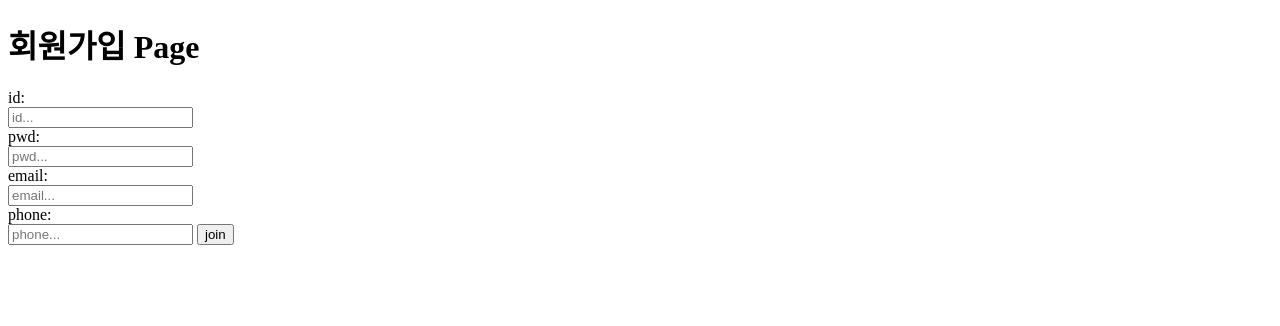
Repository: dtkd19/jsp-jstl_241022
Page: http://localhost/jsp_study/mem/join
These files come from the project's save history. The page is drawn as it stood at one moment and after a run of saves; the edit follows.
The browser window is 1280 px wide. The pictures show the whole page.
The page is served by Tomcat 9. Other server files are loaded and not shown.

Above is the page before, as saved 2024-10-25 06:32:11.

### jsp_study/src/main/webapp/member/join.jsp
<%@ page language="java" contentType="text/html; charset=UTF-8"
    pageEncoding="UTF-8"%>
<!DOCTYPE html>
<html>
<head>
<meta charset="UTF-8">
<title>Insert title here</title>
</head>
<body>
	<h1>회원가입 Page</h1>

	<form action="/mem/register" method="post" enctype="multipart/form-data">
	id:<br>
	<input type="text" name="id" placeholder="id..."><br>
	pwd:<br>
	<input type="password" name="pwd" placeholder="pwd..."><br>
	email:<br>
	<input type="text" name="email" placeholder="email..."><br>
	phone:<br>
	<input type="text" name="phone" placeholder="phone...">
	<button type="submit">join</button>
	</form>



</body>
</html>

### jsp_study/src/main/java/controller/MemberController.java
package controller;

import java.io.File;
import java.io.IOException;
import java.util.List;

import javax.servlet.RequestDispatcher;
import javax.servlet.ServletException;
import javax.servlet.annotation.WebServlet;
import javax.servlet.http.HttpServlet;
import javax.servlet.http.HttpServletRequest;
import javax.servlet.http.HttpServletResponse;
import javax.servlet.http.HttpSession;

import org.apache.commons.fileupload.FileItem;
import org.apache.commons.fileupload.FileItemFactory;
import org.apache.commons.fileupload.disk.DiskFileItemFactory;
import org.apache.commons.fileupload.servlet.ServletFileUpload;
import org.slf4j.Logger;
import org.slf4j.LoggerFactory;

import domain.BoardVO;
import domain.MemberVO;
import handler.FileRemoveHandler;
import net.coobird.thumbnailator.Thumbnails;
import service.MemberService;
import service.MemberServiceImpl;


@WebServlet("/mem/*")
public class MemberController extends HttpServlet {
	private static final long serialVersionUID = 1L;

	private static final Logger log = LoggerFactory.getLogger(MemberController.class);
	//동기방식 : requestDispatcher : request에 대한 응답 데이터를 jsp(html) 화면으로 전송하는 역할
	private RequestDispatcher rdp;
	// 목적지 주소
	private String destPage;
	private int isOk;

	// service
	private MemberService msv;
	// 파일 경로
	private String savePath;


    public MemberController() {
    	msv = new MemberServiceImpl();
    }

	protected void service(HttpServletRequest request, HttpServletResponse response) throws ServletException, IOException {
		// 처리
		request.setCharacterEncoding("utf-8");
		response.setCharacterEncoding("utf-8");
		response.setContentType("text/html; charset=UTF-8");

		// 요청주소 추출
		String uri = request.getRequestURI();
		String path = uri.substring(uri.lastIndexOf("/")+1);
		log.info(">>> path > {} " , path);

		switch (path) {
		case "join":
			destPage="/member/join.jsp";
			break;
		case "register":

			try {
				// jsp에서 온 파라미터 받기
				// member 객체 생성 후 service에게 등록 요청
//				String id = request.getParameter("id");
//				String pwd = request.getParameter("pwd");
//				String email = request.getParameter("email");
//				String phone = request.getParameter("phone");
//
//				MemberVO mvo = new MemberVO(id, pwd, email, phone);
//				log.info(">>>> mvo register 객체 >>>> {}", mvo);

				savePath = getServletContext().getRealPath("/_fileUpload");
				log.info(">>>> savePath > {}" , savePath);

				File fileDir = new File(savePath);
				DiskFileItemFactory fileItemFactory = new DiskFileItemFactory();
				fileItemFactory.setSizeThreshold(1024*1024*3);
				fileItemFactory.setRepository(fileDir);

				MemberVO mvo = new MemberVO();

				ServletFileUpload fileUpload = new ServletFileUpload(fileItemFactory);
				List<FileItem> itemList = fileUpload.parseRequest(request);

				for(FileItem item : itemList) {
					log.info(" >>>> FileItem >> {} ", item.toString());
					switch (item.getFieldName()) {
					case "id":
						mvo.setId(item.getString("UTF-8"));
						break;
					case "pwd":
						mvo.setPwd(item.getString("UTF-8"));
						break;
					case "email":
						mvo.setEmail(item.getString("UTF-8"));
						break;
					case "phone":
						mvo.setPhone(item.getString("UTF-8"));
						break;
					case "imageFile":
						if(item.getSize() > 0 ) {
							String fileName = item.getName();

							fileName = System.currentTimeMillis()+"_"+fileName;

							File uploadFilePath = new File(fileDir+File.separator+fileName);
							log.info(">>> uploadFilePath > {}" , uploadFilePath.toString());

							// 저장
							try {
								item.write(uploadFilePath); // 객체를 디스크에 쓰기
								mvo.setImageFile(fileName);// bvo에 저장할 값 (DB에 들어가는 값 )

								Thumbnails.of(uploadFilePath).size(75, 75).toFile(new File(fileDir+File.separator+"_th_"+fileName));

							} catch (Exception e) {
								log.info(">>> file writer on disk error");
								e.printStackTrace();
							}

						}

						break;

					}

				}

				int isOk = msv.register(mvo);

				log.info(">>>> mvo register >>>>" + (isOk > 0 ? "성공" : "실패"));

				destPage = "/index.jsp";

			} catch (Exception e) {
				log.info("join error");
				e.printStackTrace();
			}

			break;
		case "login":
			try {
				// 로그인 : id, pwd 파라미터로 받아서 DB에 해당아이디가 있는지 확인, pwd가 일치하는지 확인
				// 정보를 가져와서 session 객체에 저장
				// session : 모든 jsp에 공유되는 객체 / 브라우저가 종료되면 삭제
				// ${변수명}
				String id = request.getParameter("id");
				String pwd = request.getParameter("pwd");

				MemberVO mvo = new MemberVO(id, pwd);

				MemberVO loginMvo = msv.login(mvo);
				// 로그인 정보가 잘못되면 loginMvo는 null
				log.info(">>> loginMvo > {}", loginMvo);

				// session 에 저장

				if(loginMvo != null) {
					// 로그인이 성공했다면...
					// 세션에 저장
					HttpSession ses = request.getSession();
					ses.setAttribute("ses", loginMvo);
					// 로그인 유지시간 초단위로 설정 10분
					ses.setMaxInactiveInterval(10*60);


				} else {
					// 로그인이 실패했다면... index.jsp로 메시지전송
					request.setAttribute("msg_login", -1);
				}
				destPage = "/index.jsp";

			} catch (Exception e) {
				log.info("login error");
				e.printStackTrace();
			}
			break;
		case "logout":
			try {
				// session에 값이 있다면 해당 세션을 끊어라.
				HttpSession ses = request.getSession();
				MemberVO mvo = (MemberVO) ses.getAttribute("ses");
				log.info(">>> ses 에서 추출한 mvo 객체  > {}" , mvo );

				// lastlogin update
				isOk = msv.lastLogin(mvo.getId());
				log.info(">>> lastLogin update >> {}" , (isOk>0 ? "성공" : "실패"));
				ses.invalidate(); // 세션 무효화 (세션끊기)
				destPage= "/index.jsp";


			} catch (Exception e) {
				log.info("logout error");
				e.printStackTrace();
			}

			break;
		case "list":
			try {
				List<MemberVO> list = msv.getList();
				log.info(">>>> userList >>> {} ", list);
				request.setAttribute("userList", list);

				destPage = "/member/list.jsp";

			} catch (Exception e) {
				log.info("userList error");
				e.printStackTrace();
			}
			break;
		case "modify":
			try {
				HttpSession ses = request.getSession();
				MemberVO mvo = (MemberVO) ses.getAttribute("ses");
				log.info(">>> modify ses 에서 추출한 mvo 객체  > {}" , mvo );
				request.setAttribute("mvo", mvo);

				destPage = "/member/modify.jsp";

			} catch (Exception e) {
				log.info("modify error");
				e.printStackTrace();
			}
			break;
		case "info":
			try {
//				String id = request.getParameter("id");
//				String pwd = request.getParameter("pwd");
//				String email = request.getParameter("email");
//				String phone = request.getParameter("phone");
//				MemberVO mvo = new MemberVO(id, pwd, email, phone);


				savePath = getServletContext().getRealPath("_fileUpload");

				File fileDir = new File(savePath);

				DiskFileItemFactory fileItemFactory = new DiskFileItemFactory();
				fileItemFactory.setSizeThreshold(1024*1024*3); // 3MB 정도 설정
				fileItemFactory.setRepository(fileDir);

				MemberVO mvo = new MemberVO();

				ServletFileUpload fileUpload = new ServletFileUpload(fileItemFactory);
				List<FileItem> itemList = fileUpload.parseRequest(request);

				String old_file = null;

				for(FileItem item : itemList) {
					log.info(" >>>> FileItem >> {} ", item.toString());
					switch (item.getFieldName()) {
					case "id":
						mvo.setId(item.getString("UTF-8"));
						break;
					case "pwd":
						mvo.setPwd(item.getString("UTF-8"));
						break;
					case "email":
						mvo.setEmail(item.getString("UTF-8"));
						break;
					case "phone":
						mvo.setPhone(item.getString("UTF-8"));
						break;
					case "imageFile":
						old_file = item.getString("UTF-8");
						break;
					case "newFile":
						if(item.getSize() > 0) {
							if(old_file != null) {
								FileRemoveHandler fileHandler = new FileRemoveHandler();
								isOk = fileHandler.deleteFile(savePath, old_file);
							}
							// 새로운 파일 등록 작업
							String fileName = System.currentTimeMillis()+"_"+item.getName();

							File uploadFilePath = new File(fileDir+File.separator+fileName);

							try {
								item.write(uploadFilePath);
								mvo.setImageFile(fileName);

								Thumbnails.of(uploadFilePath).size(75, 75).toFile(new File(fileDir+File.separator+"_th_"+fileName));

							} catch (Exception e) {
								log.info("File writer update error!");
								e.printStackTrace();
							}
					} else {
						mvo.setImageFile(old_file);
					}


					}
				}



				int isOk = msv.modify(mvo);
				log.info(" >>> userInfo Modify "+ (isOk > 0 ? "성공" : "실패"));

				if(isOk > 0 ) {
					MemberVO mvo2 = msv.getDetail(mvo.getId());
					HttpSession ses = request.getSession();
					ses.setAttribute("ses", mvo2);
				} else {
					request.setAttribute("msg_modify", -1);
				}

				destPage = "/index.jsp";


			} catch (Exception e) {
				log.info("info error");
				e.printStackTrace();
			}
			break;
		case "delete":
			try {
				String id = request.getParameter("id");
				int isOk = msv.delete(id);

				log.info(">>>> userInfo delete >>> " + (isOk > 0 ? "성공" : "실패"));

				HttpSession ses = request.getSession();
				MemberVO mvo = (MemberVO) ses.getAttribute("ses");
				ses.invalidate();

				destPage = "/index.jsp";

			} catch (Exception e) {
				log.info(" userDelete error");
				e.printStackTrace();
			}
			break;
		case "myboard":
			try {
				HttpSession ses = request.getSession();
				MemberVO mvo = (MemberVO) ses.getAttribute("ses");
				String id = mvo.getId();

				log.info(">>> id >>>>>> {} ", id);

				List<BoardVO> list = msv.getBoard(id);

				log.info(">>>> BoardList >>>> {}", list);

				request.setAttribute("boardList", list);

				destPage = "/member/mybrd.jsp";

			} catch (Exception e) {
				log.info(" myBoard error");
				e.printStackTrace();
			}
			break;
		}


		// rdp 전송
		rdp = request.getRequestDispatcher(destPage);
		rdp.forward(request, response);


	}


	protected void doGet(HttpServletRequest request, HttpServletResponse response) throws ServletException, IOException {
		// service 에서 처리
		service(request, response);
	}

	protected void doPost(HttpServletRequest request, HttpServletResponse response) throws ServletException, IOException {
		// service 에서 처리
		service(request, response);
	}

}

### jsp_study/src/main/java/service/MemberServiceImpl.java
package service;

import java.util.List;

import org.slf4j.Logger;
import org.slf4j.LoggerFactory;

import dao.MemberDAO;
import dao.MemberDAOImpl;
import domain.BoardVO;
import domain.MemberVO;

public class MemberServiceImpl implements MemberService {

	private static final Logger log = LoggerFactory.getLogger(MemberServiceImpl.class);

	private MemberDAO mdao;

	public MemberServiceImpl() {
		mdao = new MemberDAOImpl();
	}

	@Override
	public int register(MemberVO mvo) {
		// TODO Auto-generated method stub
		return mdao.register(mvo);
	}

	@Override
	public MemberVO login(MemberVO mvo) {
		// TODO Auto-generated method stub
		return mdao.login(mvo);
	}

	@Override
	public int lastLogin(String id) {
		// TODO Auto-generated method stub
		return mdao.lastLogin(id);
	}

	@Override
	public List<MemberVO> getList() {
		// TODO Auto-generated method stub
		return mdao.getList();
	}

	@Override
	public int modify(MemberVO mvo) {
		// TODO Auto-generated method stub
		return mdao.modify(mvo);
	}

	@Override
	public int delete(String id) {
		// TODO Auto-generated method stub
		return mdao.delete(id);
	}

	@Override
	public List<BoardVO> getBoard(String id) {
		// TODO Auto-generated method stub
		return mdao.getBoard(id);
	}

	@Override
	public MemberVO getDetail(String id) {
		// TODO Auto-generated method stub
		return mdao.getDetail(id);
	}


}

### jsp_study/src/main/java/dao/MemberDAO.java
package dao;

import java.util.List;

import domain.BoardVO;
import domain.MemberVO;

public interface MemberDAO {

	int register(MemberVO mvo);

	MemberVO login(MemberVO mvo);

	int lastLogin(String id);

	List<MemberVO> getList();

	int modify(MemberVO mvo);

	int delete(String id);

	List<BoardVO> getBoard(String id);

	MemberVO getDetail(String id);


}

### jsp_study/src/main/java/dao/MemberDAOImpl.java
package dao;

import java.util.List;

import org.apache.ibatis.session.SqlSession;
import org.slf4j.Logger;
import org.slf4j.LoggerFactory;

import domain.BoardVO;
import domain.MemberVO;
import orm.DatabaseBuilder;

public class MemberDAOImpl implements MemberDAO {

	private static final Logger log = LoggerFactory.getLogger(MemberDAOImpl.class);
	private SqlSession sql;

	public MemberDAOImpl() {
		new DatabaseBuilder();
		sql = DatabaseBuilder.getFactory().openSession();
	}

	@Override
	public int register(MemberVO mvo) {

		log.info(">>>> register DAO in !!");
		int isOk = sql.insert("MemberMapper.register", mvo);
		if(isOk > 0) {
			sql.commit();
		}
		return isOk;

	}

	@Override
	public MemberVO login(MemberVO mvo) {
		log.info(">>>> login DAO in !!");
		return sql.selectOne("MemberMapper.login",mvo);
	}

	@Override
	public int lastLogin(String id) {
		log.info(">>>> lastLogin DAO in !!");
		int isOk = sql.update("MemberMapper.last", id);
		if(isOk > 0) {
			sql.commit();
		}
		return isOk;
	}

	@Override
	public List<MemberVO> getList() {
		log.info(">>> userList DAO in !! ");
		return sql.selectList("MemberMapper.user");
	}

	@Override
	public int modify(MemberVO mvo) {
		log.info(">>>> userInfo DAO in !!");
		int isOk = sql.update("MemberMapper.info", mvo);
		if(isOk > 0) {
			sql.commit();
		}
		return isOk;
	}

	@Override
	public int delete(String id) {
		// TODO Auto-generated method stub
		log.info(">>>> userDelete DAO in !!");
		int isOk = sql.delete("MemberMapper.delete", id);
		if(isOk > 0) {
			sql.commit();
		}
		return isOk;
	}

	@Override
	public List<BoardVO> getBoard(String id) {
		log.info(">>>> userBoard DAO in !!");
		return sql.selectList("MemberMapper.board", id);
	}

	@Override
	public MemberVO getDetail(String id) {
		log.info(">>>> getDetail DAO in !!");
		return sql.selectOne("MemberMapper.detail",id);
	}




}

### jsp_study/src/main/java/orm/DatabaseBuilder.java
package orm;


import org.apache.ibatis.io.Resources;
import org.apache.ibatis.session.SqlSessionFactory;
import org.apache.ibatis.session.SqlSessionFactoryBuilder;

public class DatabaseBuilder {
	private static SqlSessionFactory factory;
	private static final String CONFIG ="orm/mybatisConfig.xml";

	//초기화 블럭을 사용하여 객체 생성 후 초기화
	static {
		try {
			factory = new SqlSessionFactoryBuilder().build(Resources.getResourceAsReader(CONFIG));

		} catch (Exception e) {
			e.printStackTrace();
		}
	}

	public static SqlSessionFactory getFactory() {
		return factory;
	}


}

### jsp_study/src/main/java/domain/BoardVO.java
package domain;

public class BoardVO {
	private int bno;
	private String title;
	private String writer;
	private String content;
	private String regdate;
	private String moddate;
	private int readCount;
	private String imageFile;

	public BoardVO() {}

	// insert : title, writer,content
	public BoardVO(String title, String writer, String content) {
		this.title = title;
		this.writer = writer;
		this.content = content;
	}

	// list : bno, title, writer, regdate
	public BoardVO(int bno, String title, String writer, String regdate, int readCount) {
		this.bno = bno;
		this.title = title;
		this.writer = writer;
		this.regdate = regdate;
		this.readCount = readCount;
	}

	// update : bno, title, content
	public BoardVO(int bno, String title, String content) {
		this.bno = bno;
		this.title = title;
		this.content = content;
	}

	// detail : 전부
	public BoardVO(int bno, String title, String writer, String content, String regdate, String moddate, int readCount, String imageFile) {
		this.bno = bno;
		this.title = title;
		this.writer = writer;
		this.content = content;
		this.regdate = regdate;
		this.moddate = moddate;
		this.readCount = readCount;
		this.imageFile = imageFile;
	}

	public int getBno() {
		return bno;
	}

	public void setBno(int bno) {
		this.bno = bno;
	}

	public String getTitle() {
		return title;
	}

	public void setTitle(String title) {
		this.title = title;
	}

	public String getWriter() {
		return writer;
	}

	public void setWriter(String writer) {
		this.writer = writer;
	}

	public String getContent() {
		return content;
	}

	public void setContent(String content) {
		this.content = content;
	}

	public String getRegdate() {
		return regdate;
	}

	public void setRegdate(String regdate) {
		this.regdate = regdate;
	}

	public String getModdate() {
		return moddate;
	}

	public void setModdate(String moddate) {
		this.moddate = moddate;
	}


	public int getReadCount() {
		return readCount;
	}

	public void setReadCount(int readCount) {
		this.readCount = readCount;
	}

	public String getImageFile() {
		return imageFile;
	}

	public void setImageFile(String imageFile) {
		this.imageFile = imageFile;
	}

	@Override
	public String toString() {
		return "BoardVO [bno=" + bno + ", title=" + title + ", writer=" + writer + ", content=" + content + ", regdate="
				+ regdate + ", moddate=" + moddate + ", readCount=" + readCount + ", imageFile=" + imageFile + "]";
	}





}

### jsp_study/src/main/java/domain/CommentVO.java
package domain;

public class CommentVO {
	private int cno;
	private int bno;
	private String content;
	private String writer;
	private String regdate;


	public CommentVO() {}


	// 등록
	public CommentVO(int bno, String content, String writer) {
		this.bno = bno;
		this.content = content;
		this.writer = writer;
	}


	// 리스트
	public CommentVO(int cno, int bno, String content, String writer, String regdate) {
		this.cno = cno;
		this.bno = bno;
		this.content = content;
		this.writer = writer;
		this.regdate = regdate;
	}


	// 수정
	public CommentVO(int cno, String content) {
		this.cno = cno;
		this.content = content;
	}


	// getter/setter toString


	public int getCno() {
		return cno;
	}


	public void setCno(int cno) {
		this.cno = cno;
	}


	public int getBno() {
		return bno;
	}


	public void setBno(int bno) {
		this.bno = bno;
	}


	public String getContent() {
		return content;
	}


	public void setContent(String content) {
		this.content = content;
	}


	public String getWriter() {
		return writer;
	}


	public void setWriter(String writer) {
		this.writer = writer;
	}


	public String getRegdate() {
		return regdate;
	}


	public void setRegdate(String regdate) {
		this.regdate = regdate;
	}


	@Override
	public String toString() {
		return "CommentVO [cno=" + cno + ", bno=" + bno + ", content=" + content + ", writer=" + writer + ", regdate="
				+ regdate + "]";
	}






}

### jsp_study/src/main/java/domain/MemberVO.java
package domain;

public class MemberVO {
	private String id;
	private String pwd;
	private String email;
	private String phone;
	private String regdate;
	private String lastlogin;
	private String imageFile;


	public MemberVO() {}

	// 관리자입장 / 사용자입장
	// 회원등급 : admin(사이트관리자), manager(각 파트의 최고 관리자), user(사용자)
	// 회원가입 / 수정
	public MemberVO(String id, String pwd, String email, String phone, String imageFile) {
		this.id = id;
		this.pwd = pwd;
		this.email = email;
		this.phone = phone;
		this.imageFile = imageFile;
	}

	// 로그인
	public MemberVO(String id, String pwd) {
		this.id = id;
		this.pwd = pwd;
	}

	// 회원리스트 : 관리자만 접근가능 전체

	public MemberVO(String id, String pwd, String email, String phone, String regdate, String lastlogin, String imageFile) {
		this.id = id;
		this.pwd = pwd;
		this.email = email;
		this.phone = phone;
		this.regdate = regdate;
		this.lastlogin = lastlogin;
		this.imageFile = imageFile;

	}

	public String getId() {
		return id;
	}


	public void setId(String id) {
		this.id = id;
	}


	public String getPwd() {
		return pwd;
	}


	public void setPwd(String pwd) {
		this.pwd = pwd;
	}


	public String getEmail() {
		return email;
	}


	public void setEmail(String email) {
		this.email = email;
	}


	public String getPhone() {
		return phone;
	}


	public void setPhone(String phone) {
		this.phone = phone;
	}


	public String getRegdate() {
		return regdate;
	}


	public void setRegdate(String regdate) {
		this.regdate = regdate;
	}


	public String getLastlogin() {
		return lastlogin;
	}


	public void setLastlogin(String lastlogin) {
		this.lastlogin = lastlogin;
	}


	public String getImageFile() {
		return imageFile;
	}

	public void setImageFile(String imageFile) {
		this.imageFile = imageFile;
	}

	@Override
	public String toString() {
		return "MemberVO [id=" + id + ", pwd=" + pwd + ", email=" + email + ", phone=" + phone + ", regdate=" + regdate
				+ ", lastlogin=" + lastlogin + ", imageFile=" + imageFile + "]";
	}








}

After the next 2 saves:
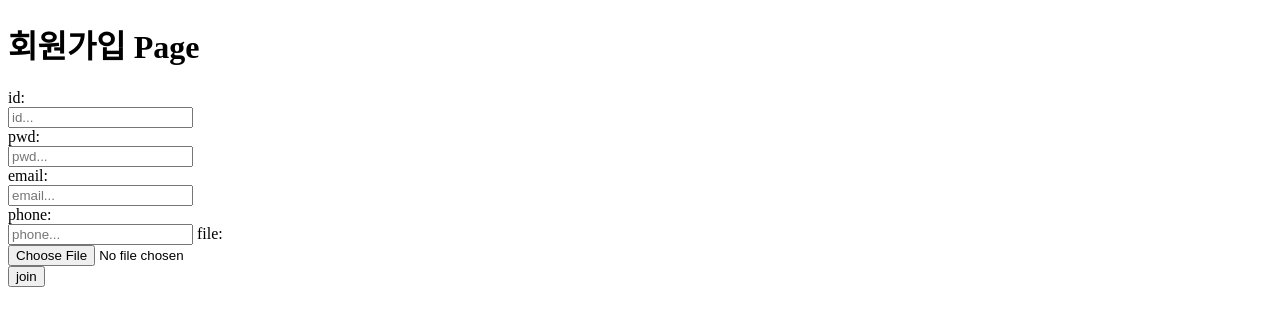
The 2 saves are shown as one change because they came seconds apart.
The last was saved 28 s later.
--- a/jsp_study/src/main/webapp/member/join.jsp
+++ b/jsp_study/src/main/webapp/member/join.jsp
@@ -18,6 +18,8 @@
 	<input type="text" name="email" placeholder="email..."><br>
 	phone:<br>
 	<input type="text" name="phone" placeholder="phone...">
+	file: <br>
+	<input type="file" name="imgFile" accept="image/jpeg, image/gif, image/png"><br>
 	<button type="submit">join</button>
 	</form>
 
